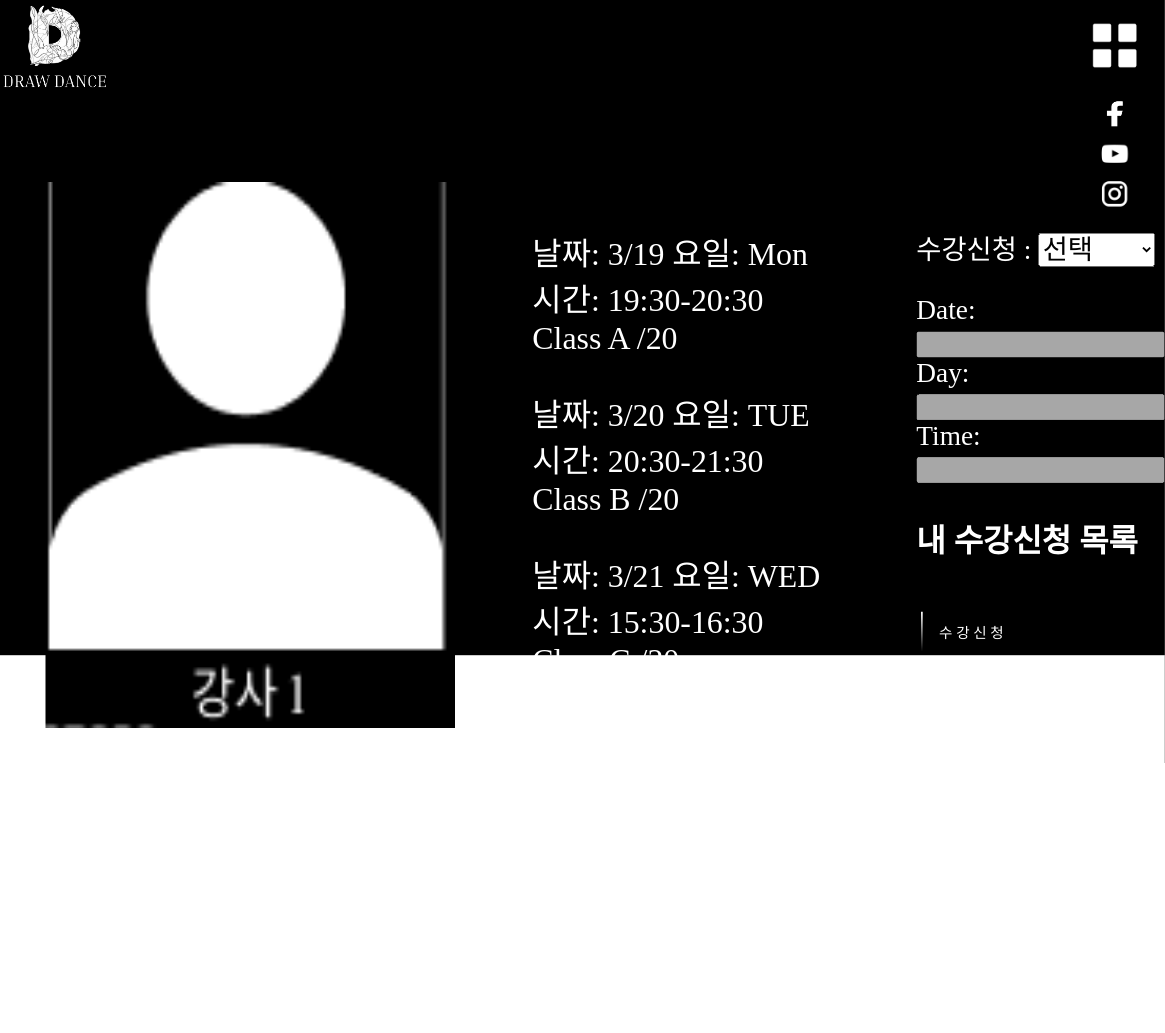
Repository: seonghun9906/semiProject
Page: http://localhost/drawAcademy/WEB-INF/views/Class/class1.jsp
The author's editor kept a copy of each file at every save. The page is drawn from the files as they stood at one save, then again after the next save.
The browser window is 1280 px wide. The pictures show the whole page, at 91% of full size.
The page is served by Tomcat 9. Nobody is signed in. The template is opened directly, without the code that normally fills it, so the values that code supplies are empty.

Above is the page before, as saved 2024-02-27 06:05:00.
Console error: SyntaxError: Unexpected token ';'

After the next save:
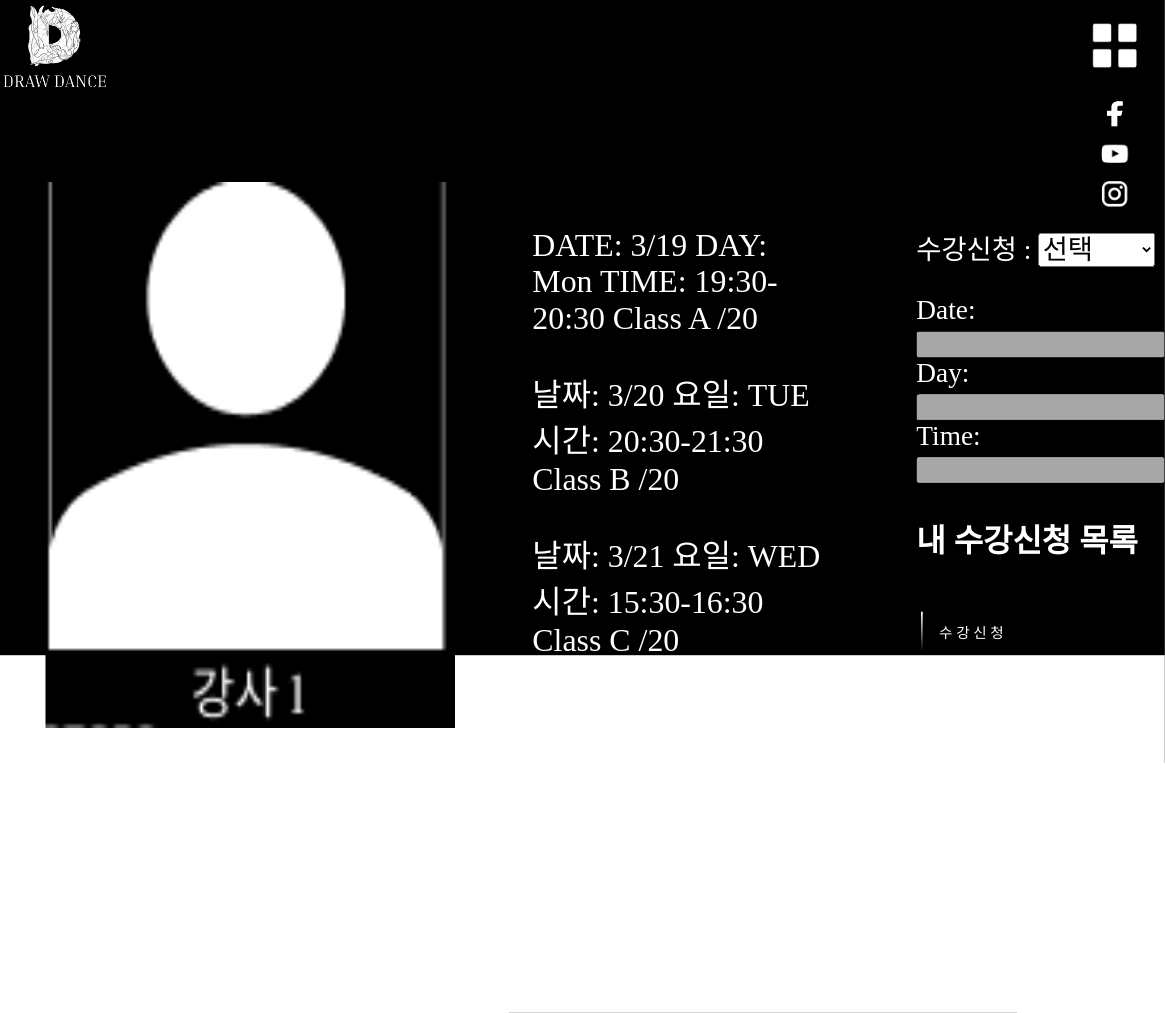
Saved 30 s later.
--- a/drawAcademy/src/main/webapp/WEB-INF/views/Class/class1.jsp
+++ b/drawAcademy/src/main/webapp/WEB-INF/views/Class/class1.jsp
@@ -98,9 +98,9 @@
 	<img src="resources/images/강사 프로필 사진.PNG" alt="강사1" class="teacher1">
 <p>
 	<div class="classinfo">
-    <span>날짜: 3/19</span>
-    <span>요일: Mon</span>
-    <span>시간: 19:30-20:30</span>
+    <span>DATE: 3/19</span>
+    <span>DAY: Mon</span>
+    <span>TIME: 19:30-20:30</span>
     <span>Class A</span>
     <span>${classLimitA}/20</span>
 </p>
